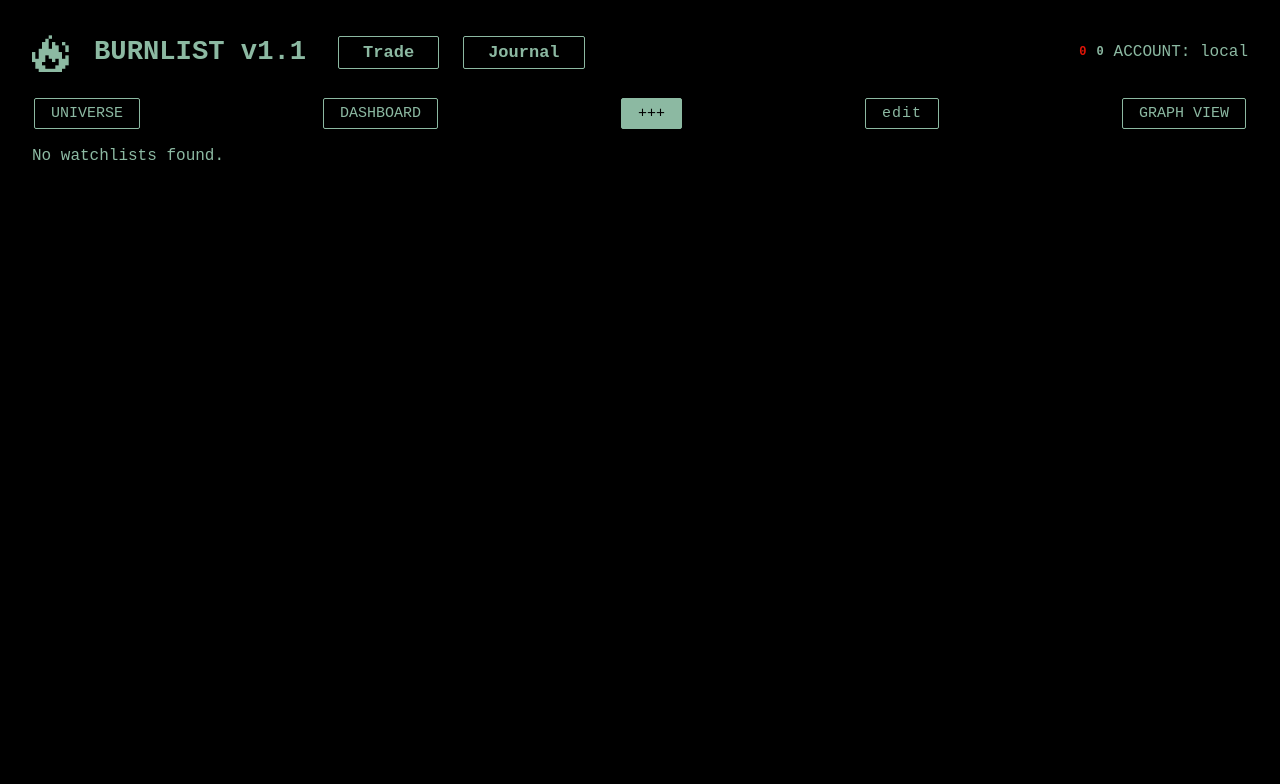
Repository: 11612x/burnlistv1.1
Page: /
These files come from the project's save history. The page is drawn as it stood at one moment and after the next save; the edit follows.
The browser window is 1280 px wide. The pictures show the whole page.
The project was rebuilt for these pictures with package versions that can differ from the ones it lists, and the page was loaded fresh each time. Also part of the build but not shown: vite.config.js, src/components/CustomTooltip.jsx, src/logic/portfolioUtils.js, src/components/WatchlistChart.jsx, src/components/NotificationBanner.jsx, src/components/WatchlistHeader.jsx, src/components/TimeframeSelector.jsx, src/hooks/useAverageReturn.js and 16 more.

Above is the page before, as saved 2025-07-17 00:54:23.

### index.html
<!DOCTYPE html>
<html lang="en">
  <head>
    <meta charset="UTF-8" />
    <meta name="viewport" content="width=device-width, initial-scale=1.0" />
    <title>Burnlist</title>
    <link rel="icon" type="image/x-icon" href="/favicon.ico" />
  </head>
  <body>
    <div id="root"></div>
    <script type="module" src="/src/main.jsx"></script>
  </body>
</html>

### src/index.css
body, html, #root {
  margin: 0;
  padding: 0;
  height: 100%;
  background-color: black;
  color: #0de309;
  font-family: 'Courier New', Courier, monospace;
}

### src/pages/HomePage.jsx
import React, { useEffect, useState, useRef, useMemo, useCallback } from 'react';
import WatchlistChart from '@components/WatchlistChart';
import { randomNames } from '@data/randomNames';
import { v4 as uuidv4 } from 'uuid';
import { Link } from 'react-router-dom';
import { generateFixedMockWatchlist } from '@data/mockTickerGenerator';
import { fetchManager } from '@data/fetchManager';
import NotificationBanner from '@components/NotificationBanner';
import CustomButton from '@components/CustomButton';
import logo from '../assets/logo.png';
import logoblack from '../assets/logoblack.png';
import { useTheme, useThemeColor } from '../ThemeContext';

const slugify = (text) =>
  text
    .toString()
    .toLowerCase()
    .trim()
    .replace(/[^a-z0-9 -]/g, '')
    .replace(/\s+/g, '-')
    .replace(/-+/g, '-');

const CRT_GREEN = 'rgb(140,185,162)';

const HomePage = ({ watchlists = {}, setWatchlists }) => {
  const [view, setView] = useState('terminal'); // 'graph' or 'terminal'
  const [notification, setNotification] = useState('');
  const [notificationType, setNotificationType] = useState('info');
  const [editMode, setEditMode] = useState(false);
  const [justClicked, setJustClicked] = useState(false);
  // Always use MAX timeframe
  const selectedTimeframe = 'MAX';
  const [isLoading, setIsLoading] = useState(false);
  const [error, setError] = useState(null);
  const { isInverted, toggleTheme } = useTheme();
  const green = useThemeColor(CRT_GREEN);
  const black = useThemeColor('black');
  const red = useThemeColor('#e31507');
  const gray = useThemeColor('#888');

  // Calculate unique real tickers across all watchlists (move this up)
  const uniqueRealTickers = useMemo(() => {
    const all = Object.values(watchlists)
      .flatMap(wl => (wl.items || []).map(item => item.symbol))
      .filter(sym => sym && typeof sym === 'string' && !sym.startsWith('#'));
    return Array.from(new Set(all.map(s => s.toUpperCase())));
  }, [watchlists]);

  // Fetch counter state
  const [fetchCount, setFetchCount] = useState(() => {
    const stored = localStorage.getItem('burnlist_fetch_count');
    return stored ? parseInt(stored, 10) : 0;
  });

  // Utility: Check if it's 9:29am ET (reset time)
  function isResetTimeNY() {
    const now = new Date();
    const nyTime = new Date(now.toLocaleString('en-US', { timeZone: 'America/New_York' }));
    return nyTime.getHours() === 9 && nyTime.getMinutes() === 29;
  }

  // Reset fetch count at 9:29am ET
  useEffect(() => {
    const interval = setInterval(() => {
      if (isResetTimeNY()) {
        setFetchCount(0);
        localStorage.setItem('burnlist_fetch_count', '0');
      }
    }, 60 * 1000); // check every minute
    return () => clearInterval(interval);
  }, []);

  // Helper to increment fetch count
  const incrementFetchCount = () => {
    setFetchCount(prev => {
      const next = prev + 1;
      localStorage.setItem('burnlist_fetch_count', String(next));
      return next;
    });
  };

  // Auto-refresh logic using fetch manager
  // Remove auto-fetching from homepage - only manual refresh
  useEffect(() => {
    // Clean up any active fetch for homepage when component unmounts
    return () => {
      fetchManager.cancelFetch('homepage');
    };
  }, []);



  const handleCreateWatchlist = () => {
    setJustClicked(true);
    setTimeout(() => setJustClicked(false), 150);
    const name = randomNames[Math.floor(Math.random() * randomNames.length)];
    const slug = slugify(name);
    // Check if name already exists (case-insensitive)
    const exists = Object.values(watchlists).some(w => w.name && w.name.toLowerCase() === name.toLowerCase());
    if (exists) {
      setNotification('⚠️ Name already exists');
      setNotificationType('error');
      return;
    }
    const newList = {
      id: uuidv4(),
      name,
      slug,
      items: [],
      reason: '',
      createdAt: new Date().toISOString(),
    };
    const updated = { ...watchlists, [newList.id]: newList };
    setWatchlists(updated);
    localStorage.setItem('burnlist_watchlists', JSON.stringify(updated));
    setNotification('');
  };

  const handleDeleteWatchlist = (id) => {
    // Find the correct key in the watchlists object that matches this id
    const keyToDelete = Object.keys(watchlists).find(key => watchlists[key].id === id);

    if (!keyToDelete) {
      console.log('🗑️ Could not find watchlist with id:', id);
      return;
    }

    const { [keyToDelete]: deleted, ...remaining } = watchlists;
    setWatchlists(remaining);
    localStorage.setItem('burnlist_watchlists', JSON.stringify(remaining));
    if (deleted) {
      console.log('🗑️ Deleted watchlist:', deleted.name);
    } else {
      console.log('🗑️ Deleted watchlist with id:', id);
    }
  };

  const handleUpdateWatchlistName = useCallback((id, newName) => {
    // Prevent duplicate names (case-insensitive, except for current)
    const duplicate = Object.values(watchlists).some(w => w.id !== id && w.name && w.name.toLowerCase() === newName.toLowerCase());
    if (duplicate) {
      setNotification('⚠️ Name already exists');
      setNotificationType('error');
      return;
    }
    setWatchlists((prev) => {
      const updated = { ...prev };
      if (updated[id]) {
        updated[id] = { ...updated[id], name: newName, slug: slugify(newName) };
        // If the new name starts with '!', inject mock data and overwrite items
        if (typeof newName === 'string' && newName.startsWith('!')) {
          const mock = generateFixedMockWatchlist({ numTickers: 4, days: 130 });
          updated[id].items = mock.items;
        }
      }
      localStorage.setItem('burnlist_watchlists', JSON.stringify(updated));
      return updated;
    });
  }, [setWatchlists, watchlists]);

  const handleUpdateWatchlistReason = useCallback((id, newReason) => {
    const updated = {
      ...watchlists,
      [id]: {
        ...watchlists[id],
        reason: newReason
      }
    };
    setWatchlists(updated);
    localStorage.setItem('burnlist_watchlists', JSON.stringify(updated));
  }, [setWatchlists, watchlists]);

  // Track editing state and previous name for each watchlist
  const [editingNames, setEditingNames] = useState({}); // { [id]: { value, prev } }

  // When entering edit mode, initialize editingNames
  useEffect(() => {
    if (editMode) {
      const initial = {};
      Object.values(watchlists).forEach(wl => {
        initial[wl.id] = { value: wl.name, prev: wl.name };
      });
      setEditingNames(initial);
    } else {
      setEditingNames({});
    }
  }, [editMode, watchlists]);

  // Handler for input change (just update local state)
  const handleEditNameInput = (id, value) => {
    setEditingNames(prev => ({ ...prev, [id]: { ...prev[id], value } }));
  };

  // Handler for blur or 'Done' (validate and commit)
  const commitEditName = (id) => {
    const newName = editingNames[id]?.value || '';
    // Prevent duplicate names (case-insensitive, except for current)
    const duplicate = Object.values(watchlists).some(w => w.id !== id && w.name && w.name.toLowerCase() === newName.toLowerCase());
    if (duplicate) {
      setNotification('⚠️ Name already exists');
      setNotificationType('error');
      // Revert to previous name
      setEditingNames(prev => ({ ...prev, [id]: { ...prev[id], value: prev[id].prev } }));
      return;
    }
    // Commit the name change
    setWatchlists((prev) => {
      const updated = { ...prev };
      if (updated[id]) {
        updated[id] = { ...updated[id], name: newName, slug: slugify(newName) };
        if (typeof newName === 'string' && newName.startsWith('!')) {
          const mock = generateFixedMockWatchlist({ numTickers: 4, days: 130 });
          updated[id].items = mock.items;
        }
      }
      localStorage.setItem('burnlist_watchlists', JSON.stringify(updated));
      return updated;
    });
    setEditingNames(prev => ({ ...prev, [id]: { ...prev[id], prev: newName } }));
  };

  const sortedWatchlists = useMemo(() => Object.values(watchlists), [watchlists]);
  // Memoize lastReturn for each watchlist
  const lastReturns = useMemo(() => {
    return sortedWatchlists.map(wl => {
      const tickers = wl.items || [];
      if (!tickers.length) return 0;
      const last = tickers.map(t => {
        const data = t.historicalData;
        if (!Array.isArray(data) || data.length < 2) return 0;
        const start = data[0]?.price;
        const end = data[data.length - 1]?.price;
        if (typeof start !== 'number' || typeof end !== 'number' || start === 0) return 0;
        return ((end - start) / start) * 100;
      });
      return last.reduce((a, b) => a + b, 0) / last.length;
    });
  }, [sortedWatchlists]);



  return (
    <div style={{
      fontFamily: 'Courier New',
      color: green,
      backgroundColor: black,
      minHeight: '100vh',
      padding: '32px',
      transition: 'background 0.3s, color 0.3s'
    }}>
      <div style={{ display: 'flex', justifyContent: 'space-between', marginBottom: 24 }}>
        <div style={{ display: 'flex', alignItems: 'center', gap: 12 }}>
          <button
            onClick={toggleTheme}
            style={{
              border: 'none',
              background: 'none',
              padding: 0,
              cursor: 'pointer',
              display: 'flex',
              alignItems: 'center',
            }}
            aria-label="Toggle theme"
          >
            <img src={isInverted ? logoblack : logo} alt="Burnlist Logo" style={{ width: 40, height: 40, marginRight: 10, transition: 'filter 0.3s' }} />
          </button>
          <strong style={{ fontSize: '170%', lineHeight: '40px', display: 'inline-block', color: green }}>BURNLIST v1.1</strong>
          <Link to="/trade" style={{ textDecoration: 'none', marginLeft: 18 }}>
            <CustomButton style={{ fontWeight: 700, fontSize: 17, padding: '6px 24px' }}>Trade</CustomButton>
          </Link>
          <Link to="/journal" style={{ textDecoration: 'none', marginLeft: 8 }}>
            <CustomButton style={{ fontWeight: 700, fontSize: 17, padding: '6px 24px' }}>Journal</CustomButton>
          </Link>
        </div>
        <div style={{ display: 'flex', alignItems: 'center', gap: 10 }}>
          <span style={{ color: red, fontWeight: 'bold', fontSize: 12 }}>{uniqueRealTickers.length}</span>
          <span style={{ color: green, fontWeight: 'bold', fontSize: 12 }}>{fetchCount}</span>
          <span
            onClick={() => {
              const data = JSON.parse(localStorage.getItem('burnlist_watchlists'));
              console.log('🧪 Current localStorage burnlist_watchlists:', data);
            }}
            style={{ cursor: 'pointer', color: green }}
          >
            ACCOUNT: local
          </span>
        </div>
      </div>

      <div style={{ display: 'flex', justifyContent: 'space-between', alignItems: 'center', marginBottom: 16 }}>
        <style>
          {`
            .clicked-button {
              background-color: black !important;
              color: ${CRT_GREEN} !important;
            }
          `}
        </style>
        <Link to="/universes" style={{ textDecoration: 'none' }}>
          <CustomButton
            style={{
              backgroundColor: black,
              color: green,
              border: `1px solid ${green}`
            }}
          >
            UNIVERSE
          </CustomButton>
        </Link>
        <Link to="/journal" style={{ textDecoration: 'none' }}>
          <CustomButton
            style={{
              backgroundColor: black,
              color: green,
              border: `1px solid ${green}`
            }}
          >
            DASHBOARD
          </CustomButton>
        </Link>
        <CustomButton
          onClick={handleCreateWatchlist}
          className={justClicked ? 'clicked-button' : ''}
          style={{
            backgroundColor: green,
            color: black,
            transition: 'all 0.2s ease-in-out'
          }}
        >
          +++
        </CustomButton>

        <CustomButton
          onClick={() => {
            setEditMode(!editMode);
            console.log('🛠️ Edit mode:', !editMode);
          }}
          style={{
            background: 'transparent',
            color: green,
            border: `1px solid ${green}`,
            fontFamily: "'Courier New', monospace",
            textTransform: 'lowercase',
            fontWeight: 400,
            letterSpacing: 1,
            boxShadow: 'none',
            borderRadius: 2,
          }}
        >
          {editMode ? 'done' : 'edit'}
        </CustomButton>

        <CustomButton
          onClick={() => {
            setView(view === 'terminal' ? 'graph' : 'terminal');
            console.log('🖥️ View toggled to:', view === 'terminal' ? 'graph' : 'terminal');
          }}
          style={{
            backgroundColor: black,
            color: green,
            border: `1px solid ${green}`
          }}
        >
          {view === 'terminal' ? 'GRAPH VIEW' : 'TERMINAL VIEW'}
        </CustomButton>
      </div>

      {/* Centralized Notification Banner */}
      {notification && (
        <div style={{ position: 'fixed', top: 24, left: 0, right: 0, zIndex: 10001, display: 'flex', justifyContent: 'center', pointerEvents: 'none' }}>
          <div style={{ minWidth: 320, maxWidth: 480, pointerEvents: 'auto' }}>
            <NotificationBanner
              message={notification}
              type={notificationType}
              onClose={() => setNotification('')}
            />
          </div>
        </div>
      )}

      {/* Loading and error banners */}
      {isLoading && (
        <NotificationBanner
          message="Loading watchlists..."
          type="loading"
        />
      )}
      {error && (
        <NotificationBanner
          message={error}
          type="error"
          onClose={() => setError(null)}
        />
      )}

      {Object.keys(watchlists).length === 0 && <p>No watchlists found.</p>}

      <div style={{
        display: 'grid',
        gridTemplateColumns: 'repeat(5, 252px)',
        rowGap: '20px',
        columnGap: '20px',
        margin: '70px 0 1px 0',
        justifyContent: 'center',
        alignItems: 'start',
      }}>
      {sortedWatchlists.map((item, idx, arr) => {
        const tickers = item.items || [];
        const lastReturn = lastReturns[idx];
        const isPositive = lastReturn >= 0;
        const chartColor = isPositive ? CRT_GREEN : '#e31507';
        const returnColor = chartColor;
        // Calculate best/worst performer and risk indicator
        let bestPerformer = null;
        let worstPerformer = null;
        let riskIndicator = tickers.length === 0 ? 'None' : 'LOW';

        if (tickers.length > 0) {
          const performances = tickers.map(t => {
            const data = t.historicalData;
            if (!Array.isArray(data) || data.length < 2) return { symbol: t.symbol, return: 0 };
            const start = data[0]?.price;
            const end = data[data.length - 1]?.price;
            if (typeof start !== 'number' || typeof end !== 'number' || start === 0) return { symbol: t.symbol, return: 0 };
            const returnPercent = ((end - start) / start) * 100;
            return { symbol: t.symbol, return: returnPercent };
          });

          bestPerformer = performances.reduce((best, current) =>
            current.return > best.return ? current : best, performances[0]);
          worstPerformer = performances.reduce((worst, current) =>
            current.return < worst.return ? current : worst, performances[0]);

          // Simple risk indicator: HIGH if any stock >20% loss, MEDIUM if any >10% loss, LOW otherwise
          const maxLoss = Math.min(...performances.map(p => p.return));
          const maxGain = Math.max(...performances.map(p => p.return));
          const volatility = maxGain - maxLoss;

          if (maxLoss < -20 || volatility > 50) riskIndicator = 'HIGH';
          else if (maxLoss < -10 || volatility > 30) riskIndicator = 'MED';
          else riskIndicator = 'LOW';
        }

        // Get last update time (use the most recent timestamp from historical data)
        let lastUpdate = 'Unknown';
        if (tickers.length > 0) {
          const timestamps = tickers.flatMap(t =>
            t.historicalData?.map(d => new Date(d.timestamp).getTime()) || []
          );
          if (timestamps.length > 0) {
            const latest = Math.max(...timestamps);
            const now = Date.now();
            const diffHours = Math.floor((now - latest) / (1000 * 60 * 60));
            if (diffHours < 1) lastUpdate = 'Just now';
            else if (diffHours < 24) lastUpdate = `${diffHours}h ago`;
            else lastUpdate = `${Math.floor(diffHours / 24)}d ago`;
          }
        }
        const cardContent = (
          <div style={{
            width: 252,
            height: editMode ? 250 : (view === 'graph' ? 220 : 120),
            fontFamily: 'Courier New',
            background: 'transparent',
            padding: '10px 8px',
            margin: 0,
            border: `1px solid ${green}`,
            borderRadius: 0,
            boxShadow: 'none',
            display: 'flex',
            flexDirection: 'column',
            alignItems: 'stretch',
            justifyContent: 'flex-start',
            position: 'relative',
            boxSizing: 'border-box',
            overflow: 'hidden',
          }}>
            {/* Name (editable) */}
            {editMode ? (
              <input
                value={editingNames[item.id]?.value ?? item.name}
                onChange={e => handleEditNameInput(item.id, e.target.value)}
                onBlur={() => commitEditName(item.id)}
                onKeyDown={e => {
                  if (e.key === 'Enter') {
                    e.preventDefault();
                    commitEditName(item.id);
                  }
                }}
                style={{
                  fontFamily: 'Courier New',
                  fontSize: 18,
                  color: green,
                  background: black,
                  border: `1px solid ${gray}`,
                  marginBottom: 4,
                  padding: '2px 4px',
                  width: '100%',
                  fontWeight: 'bold',
                  overflow: 'hidden',
                  textOverflow: 'ellipsis',
                  whiteSpace: 'nowrap',
                }}
              />
            ) : (
              <div style={{ fontSize: 18, color: green, fontWeight: 'bold', marginBottom: 4, overflow: 'hidden', textOverflow: 'ellipsis', whiteSpace: 'nowrap' }}>
                {item.name || `PORTFOLIO ${idx + 1}`}
              </div>
            )}
            {/* Delete button (only in edit mode) */}
            {editMode && (
              <CustomButton
                onClick={() => handleDeleteWatchlist(item.id)}
                style={{
                  backgroundColor: black,
                  color: red,
                  border: `1px solid ${red}`,
                  padding: '2px 6px',
                  marginBottom: 4,
                  fontSize: 10,
                  width: '100%',
                  fontWeight: 'bold'
                }}
              >
                DELETE
              </CustomButton>
            )}
            {/* Reason (editable) */}
            {editMode ? (
              <input
                value={item.reason || ''}
                onChange={e => handleUpdateWatchlistReason(item.id, e.target.value)}
                  style={{
                    fontFamily: 'Courier New',
                  fontSize: 14,
                  color: green,
                  background: black,
                  border: `1px solid ${gray}`,
                  marginBottom: 4,
                  padding: '2px 4px',
                  width: '100%',
                  overflow: 'hidden',
                  textOverflow: 'ellipsis',
                  whiteSpace: 'nowrap',
                }}
                placeholder="Reason..."
              />
            ) : (
              <div style={{ fontSize: 14, color: green, marginBottom: 4, overflow: 'hidden', textOverflow: 'ellipsis', whiteSpace: 'nowrap' }}>
                {item.reason || 'N/A'}
              </div>
            )}
            {/* Portfolio info */}
            <div style={{ fontSize: 13, color: green, marginBottom: 2 }}>
              {tickers.length} stocks | Risk: {riskIndicator}
            </div>
            {/* Last update */}
            <div style={{ fontSize: 11, color: gray, marginBottom: 2 }}>
              {lastUpdate}
            </div>
            {/* Return percent in terminal view */}
            {view !== 'graph' && tickers.length > 0 && (
              <div style={{ fontSize: 19, color: isPositive ? green : red, fontWeight: 'bold', marginBottom: 2 }}>
                {lastReturn >= 0 ? '+' : ''}{lastReturn.toFixed(2)}%
              </div>
            )}
            {/* Sparkline with frame only in graph view */}
            {view === 'graph' && tickers.length > 0 && (
              <>
                {/* Return (moved just above chart) */}
                <div style={{ fontSize: 19, color: isPositive ? green : red, fontWeight: 'bold', marginBottom: 2 }}>
                  {lastReturn >= 0 ? '+' : ''}{lastReturn.toFixed(2)}%
                </div>
                <div style={{
                  width: 180,
                  height: 94,
                  alignSelf: 'flex-end',
                  border: `1.5px solid ${green}`,
                  borderRadius: 0,
                  background: black,
                  padding: 1,
                  marginTop: 'auto', // push to bottom
                  display: 'flex',
                  justifyContent: 'flex-end',
                  alignItems: 'flex-end'
                }}>
                  <WatchlistChart
                    portfolioReturnData={tickers.map(t => ({
                      symbol: t.symbol,
                      buyDate: t.buyDate,
                      historicalData: t.historicalData,
                      timeframe: selectedTimeframe
                    }))}
                    showBacktestLine={false}
                    height={94}
                    lineColor={isPositive ? green : red}
                    hideAxes={true}
                    hideBorder={true}
                    showTooltip={false}
                    mini={true}
                  />
                </div>
              </>
            )}
          </div>
        );
        return (
          <div key={item.id} style={{ margin: 0 }}>
            {editMode ? cardContent : (
              <Link to={`/watchlist/${item.slug}`} style={{ textDecoration: 'none', color: 'inherit' }}>
                {cardContent}
              </Link>
            )}
          </div>
        );
      })}
      </div>
    </div>
  );
};

export default HomePage;

Loaded but not shown: src/data/fetchManager.js (384 lines, source omitted); src/data/mockTickerGenerator.js (67 lines, source omitted); src/data/randomNames.js (39 lines, source omitted); src/data/normalizeTicker.js (67 lines, source omitted); src/data/finhubAdapter.js (46 lines, source omitted); src/App.jsx (69 lines, source omitted); src/ThemeContext.jsx (42 lines, source omitted); src/components/CustomButton.jsx (33 lines, source omitted); src/main.jsx (10 lines, source omitted)

After the next save:
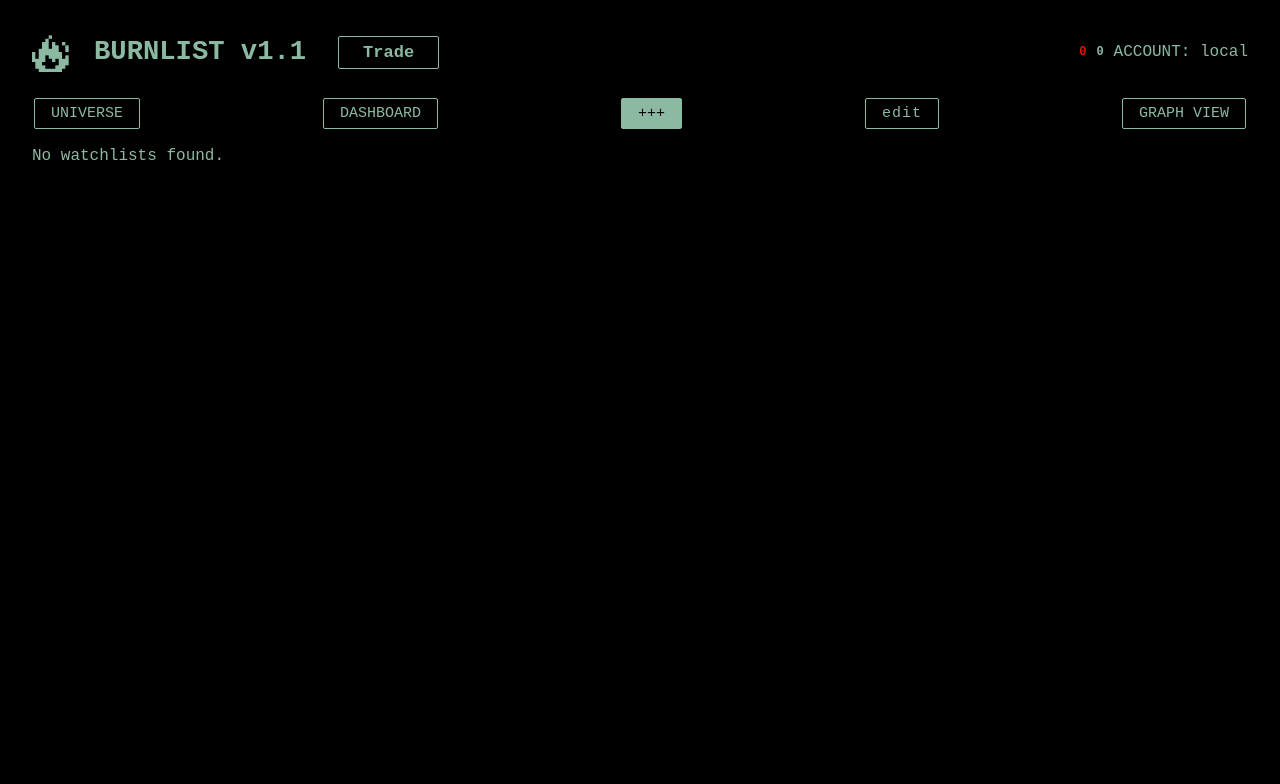
Saved 2 min 43 s later.
--- a/src/pages/HomePage.jsx
+++ b/src/pages/HomePage.jsx
@@ -267,9 +267,6 @@ const HomePage = ({ watchlists = {}, setWatchlists }) => {
           <strong style={{ fontSize: '170%', lineHeight: '40px', display: 'inline-block', color: green }}>BURNLIST v1.1</strong>
           <Link to="/trade" style={{ textDecoration: 'none', marginLeft: 18 }}>
             <CustomButton style={{ fontWeight: 700, fontSize: 17, padding: '6px 24px' }}>Trade</CustomButton>
-          </Link>
-          <Link to="/journal" style={{ textDecoration: 'none', marginLeft: 8 }}>
-            <CustomButton style={{ fontWeight: 700, fontSize: 17, padding: '6px 24px' }}>Journal</CustomButton>
           </Link>
         </div>
         <div style={{ display: 'flex', alignItems: 'center', gap: 10 }}>
